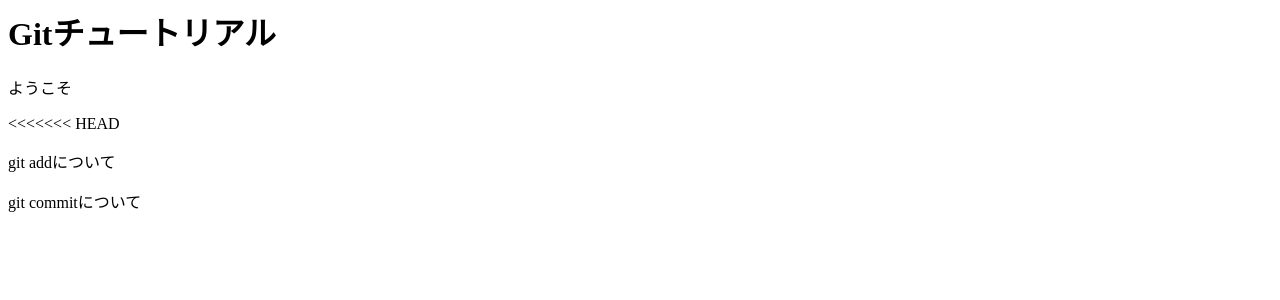
Repository: nya5/samurai_HTML-CSS
Page: ind.html
The author's editor kept a record of every edit. The page is drawn from the files as they stood at one moment, then again after the next edit.
The browser window is 1280 px wide. The pictures show the whole page.

Above is the page before.

### ind.html
<h1>Gitチュートリアル</h1>
<p>ようこそ</p>
<<<<<<< HEAD
<p>git addについて</p>
<p>git commitについて</p>

After the next edit:
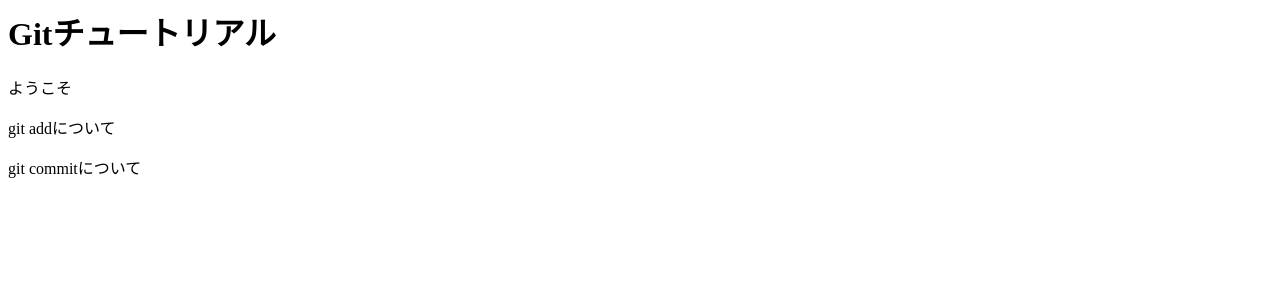
The edit:
--- a/ind.html
+++ b/ind.html
@@ -1,5 +1,4 @@
 <h1>Gitチュートリアル</h1>
 <p>ようこそ</p>
-<<<<<<< HEAD
 <p>git addについて</p>
 <p>git commitについて</p>
